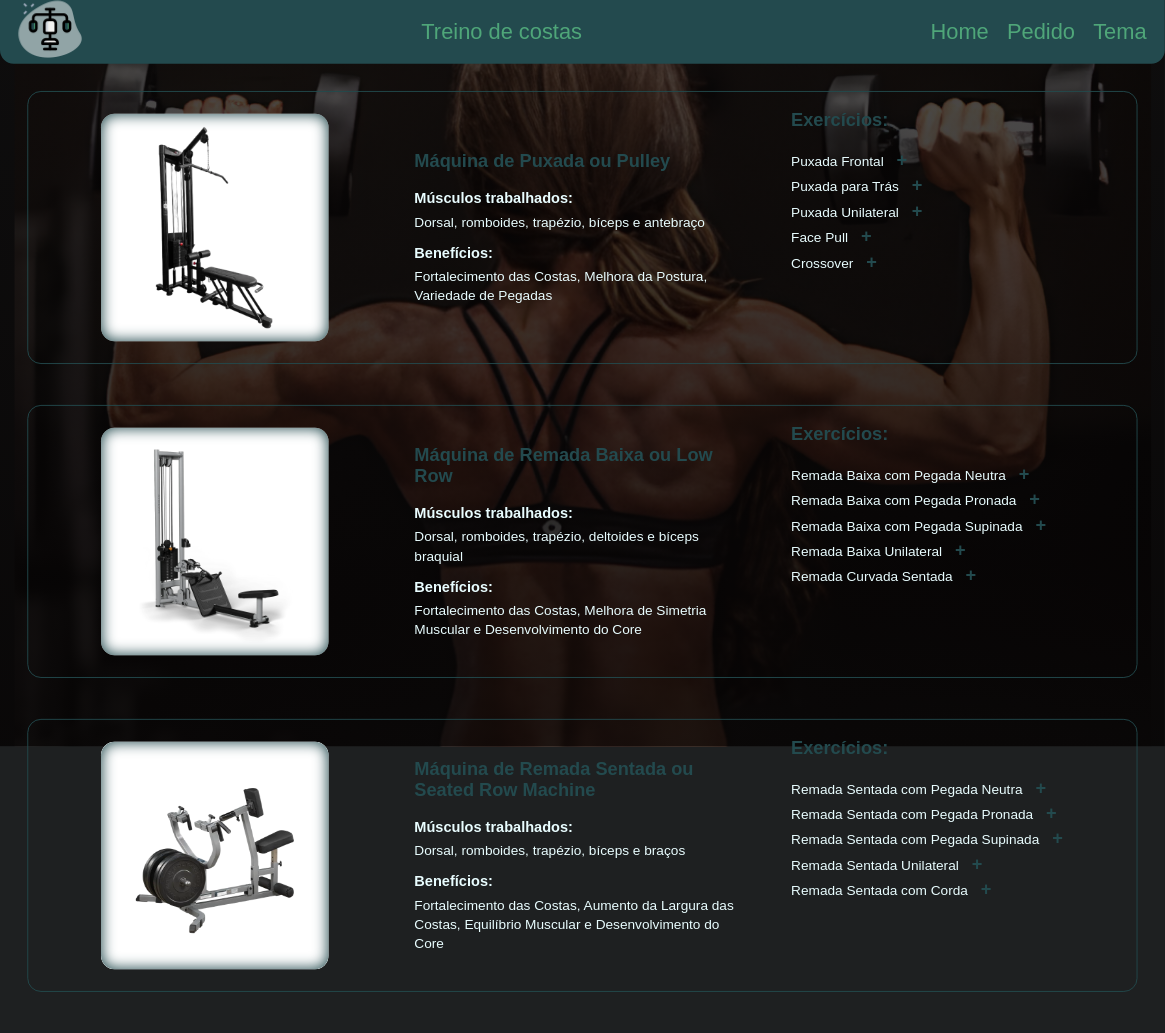
Repository: Marinalr-25/Projeto-Aparelhos-de-Academia
Page: costas.html
The author's editor kept a copy of each file at every save. The page is drawn from the files as they stood at one save, then again after the next save.
The browser window is 1280 px wide. The pictures show the whole page, at 91% of full size.
Backgrounds fixed to the window are drawn as part of the page.

Above is the page before, as saved 2025-01-07 15:19:35.
Console error: TypeError: Cannot read properties of null (reading 'addEventListener')

After the next save:
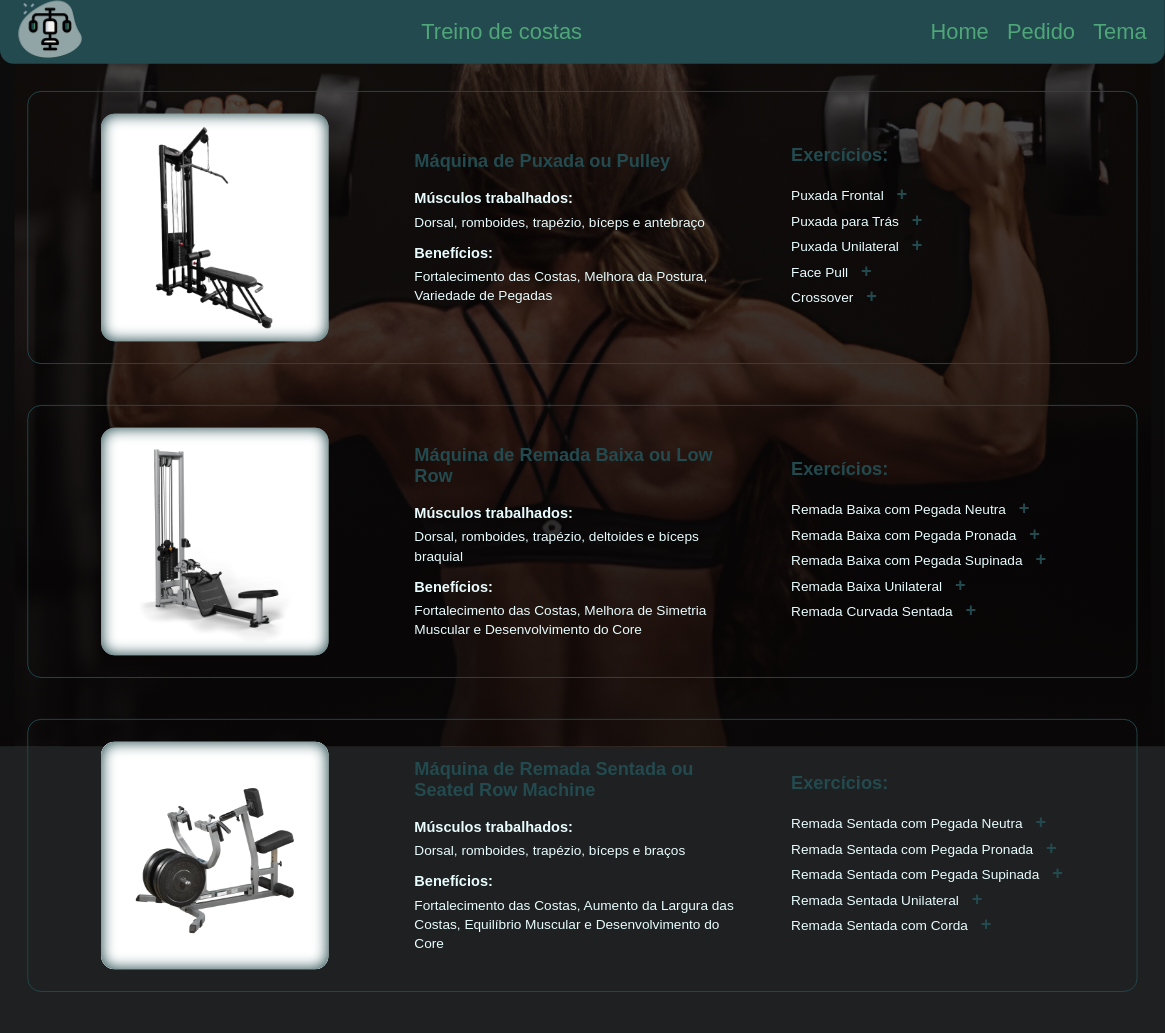
Saved 12 s later.
--- a/css/style.css
+++ b/css/style.css
@@ -511,7 +511,7 @@ main {
     & .exercicios {
       display: flex;
       flex-direction: column;
-      align-self: flex-start;
+      justify-content: flex-start;
       gap: 2rem;
       width: 35rem;
 
